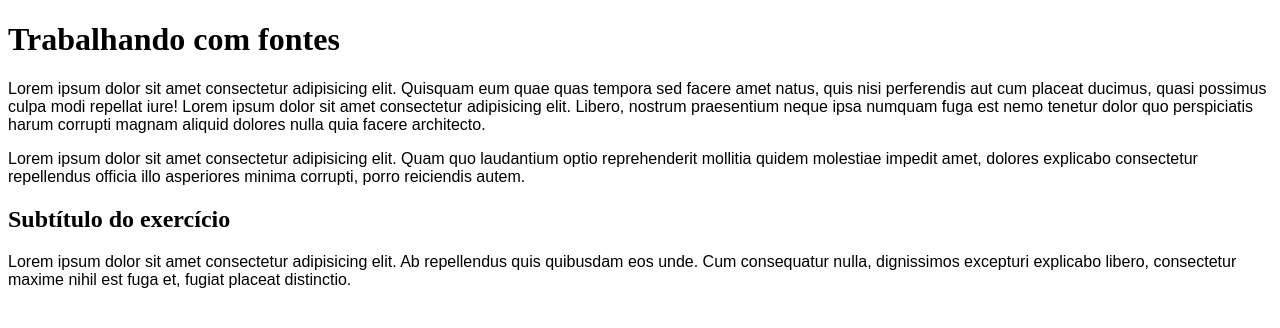
Repository: pheonix5/Estudo
Page: html-css/exercicios/ex017/fonte01.html
An editor plug-in stored every save of this project. The page is shown before and after the next save, followed by the edit.
The browser window is 1280 px wide. The pictures show the whole page.

Above is the page before, as saved 2023-08-12 00:42:59.

### html-css/exercicios/ex017/fonte01.html
<!DOCTYPE html>
<html lang="pt-br">
<head>
  <meta charset="UTF-8">
  <meta name="viewport" content="width=device-width, initial-scale=1.0">
  <title>Fontes em css</title>
  <style>
    body{
      font-family: Arial, Helvetica, sans-serif;
    }

    h1, h2{
      font-family: 'Times New Roman', Times, serif;
    }
  </style>
</head>
<body>
  <h1>Trabalhando com fontes</h1>
  <p>Lorem ipsum dolor sit amet consectetur adipisicing elit. Quisquam eum quae quas tempora sed facere amet natus, quis nisi perferendis aut cum placeat ducimus, quasi possimus culpa modi repellat iure! Lorem ipsum dolor sit amet consectetur adipisicing elit. Libero, nostrum praesentium neque ipsa numquam fuga est nemo tenetur dolor quo perspiciatis harum corrupti magnam aliquid dolores nulla quia facere architecto.</p>
  <p> Lorem ipsum dolor sit amet consectetur adipisicing elit. Quam quo laudantium optio reprehenderit mollitia quidem molestiae impedit amet, dolores explicabo consectetur repellendus officia illo asperiores minima corrupti, porro reiciendis autem.</p>

  <h2>Subtítulo do exercício</h2>
  <p>Lorem ipsum dolor sit amet consectetur adipisicing elit. Ab repellendus quis quibusdam eos unde. Cum consequatur nulla, dignissimos excepturi explicabo libero, consectetur maxime nihil est fuga et, fugiat placeat distinctio.</p>


</body>
</html>

After the next save:
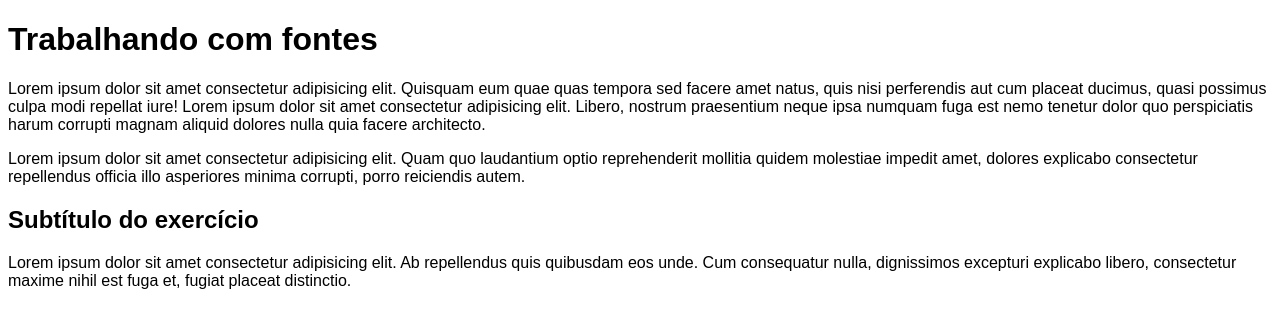
Saved 117 s later.
--- a/html-css/exercicios/ex017/fonte01.html
+++ b/html-css/exercicios/ex017/fonte01.html
@@ -7,10 +7,6 @@
   <style>
     body{
       font-family: Arial, Helvetica, sans-serif;
-    }
-
-    h1, h2{
-      font-family: 'Times New Roman', Times, serif;
     }
   </style>
 </head>
